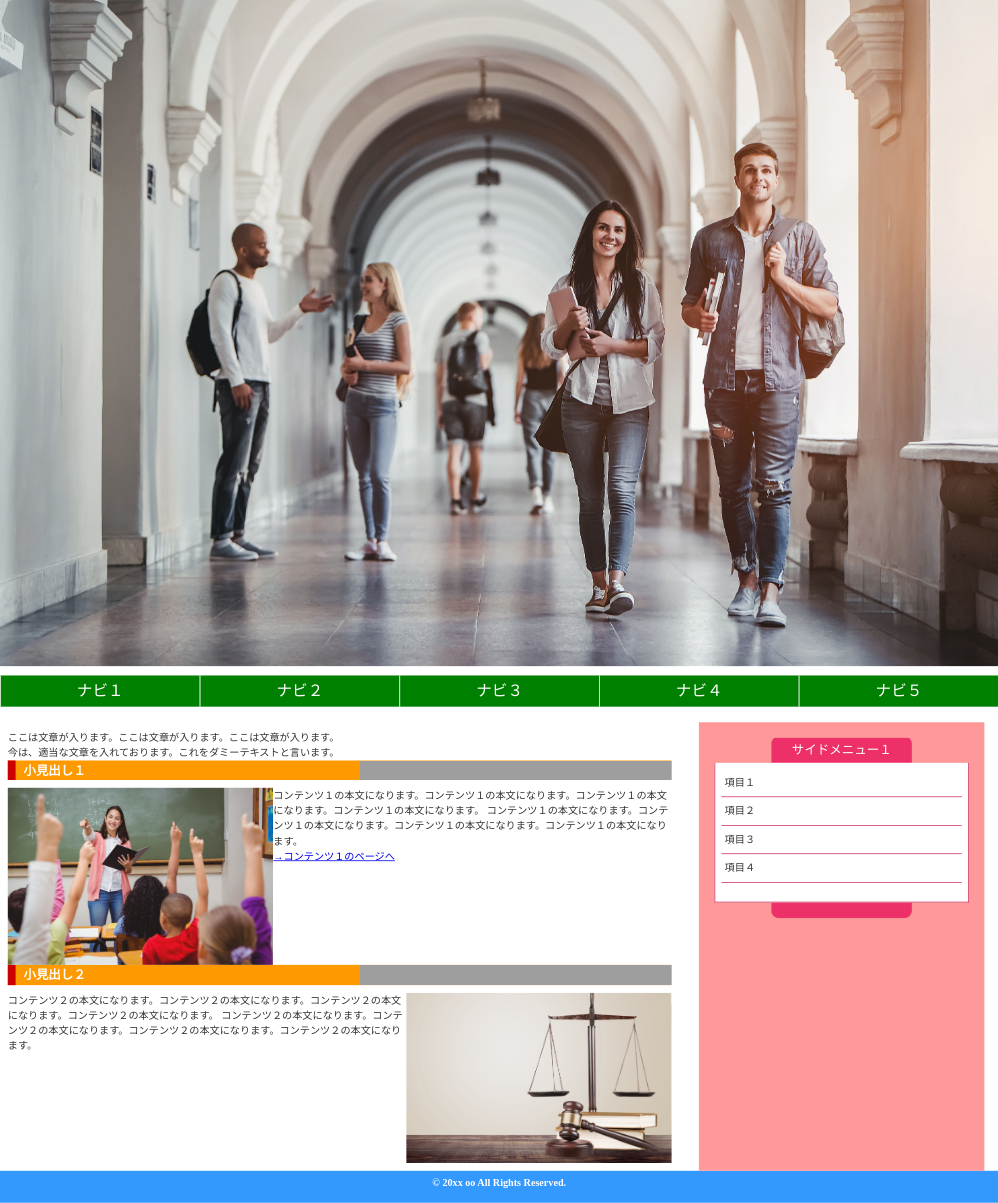
Repository: okuma0090/samurai_HTML-CSS
Page: home.html
The author's editor kept a record of every edit. The page is drawn from the files as they stood at one moment, then again after the next edit.
The browser window is 1280 px wide. The pictures show the whole page, at 78% of full size.
Pictures or frames that could not be fetched are drawn as grey boxes.

Above is the page before.

### home.html
<!DOCTYPE html>
<html lang="ja">
<head>
    <meta charset="UTF-8">
    <title>HTML/CSSの学習</title>
    <!--stylesheet.cssの読み込み -->
    <link rel="stylesheet"href="stylesheet.css">
</head>
<body>
    <div id="header">
        <h1><a href="index.html"><img id="corridor"src="images/corridor.jpg"alt="大学の廊下"/></a></h1></a></h1>
    </div>
    <div id="wrapper">
        <div id="nav">
            <ul>
                <li><a href="home.html">ナビ１</a></li>
                <li><a href="#">ナビ２</a></li>
                <li><a href="#">ナビ３</a></li>
                <li><a href="#">ナビ４</a></li>
                <li><a href="#">ナビ５</a></li>
            </ul>
        </div>
        <div id="container">
            <div id="main">
                <div class="post">
                    <p>ここは文章が入ります。ここは文章が入ります。ここは文章が入ります。<br />今は、適当な文章を入れております。これをダミーテキストと言います。</p>
                    </div>
                    <div class="post clearfix">
                        <h2>小見出し１</h2>
                        <img class="left" src="images/classroom.jpg" alt"授業風景" />
                        <p>
                            コンテンツ１の本文になります。コンテンツ１の本文になります。コンテンツ１の本文になります。コンテンツ１の本文になります。
                            コンテンツ１の本文になります。コンテンツ１の本文になります。コンテンツ１の本文になります。コンテンツ１の本文になります。
                        </p>
                        <p><a href="#">→コンテンツ１のページへ</a></p>
                    </div>
                        <div class="post clearfix">
                            <h2>小見出し２</h2>
                            <img class="right" src="images/scale.jpg" alt="天秤"/>
                            <p>
                                コンテンツ２の本文になります。コンテンツ２の本文になります。コンテンツ２の本文になります。コンテンツ２の本文になります。
                                コンテンツ２の本文になります。コンテンツ２の本文になります。コンテンツ２の本文になります。コンテンツ２の本文になります。
                            </p>
                        </div>
                </div>
                <div id="side">
                    <div class="box">
                        <h2>サイドメニュー１</h2>
                        <div class="boxBody">
                            <ul>
                                <li>項目１</li>
                                <li>項目２</li>
                                <li>項目３</li>
                                <li>項目４</li>
                            </ul>
                        </div>
                    </div>
                </div>
        </div>
    </div>
    <div id="footer">
        <p>&copy; 20xx oo All Rights Reserved.</p>
    </div>
</body>
</html>

### stylesheet.css
@charset"utf-8";


body{
    margin:0;
    padding:0;
    font-family:"ヒラギノ角ゴ　Pro W3","Hiragino Kaku Gothic Pro","メイリオ";
    color: #333;
    font-size: 13px;
    line-height: 150%;
}

/*--------------------wrapper--------------------*/
#wrapper{
    width: 100%;
    margin:auto;
    padding: 0px;
    border:0px;
    background-color: #FFF;
    top:10px;
    position: relative;
}

/*-------------------- header --------------------*/
#header {
    width: 100%;
}
#header h1{
    margin: 0;
    padding: 0;
}

#corridor {
    width: 100%;
    height:auto;
}

/*-------------------- footer --------------------*/
#footer{
    clear: both;
    width: 100%;
    padding: 3px 0 3px 0;
    background: #39F;
    color: #FFF;
    font-weight: bold;
    text-align: center;
}

/*-------------------- nav ----------------------*/
#nav {
    width:100%;
}
#nav ul {
    display: flex;
    margin: 0;
    padding: 0;
    list-style-type: none;
}
#nav ul li {
    width: 20%;
    text-align: center;
}

#nav ul li a {
    display: block;
    height:20px;
    margin: 0;
    padding: 10px;
    color:  #FFF;
    font-size: 20px;
    text-decoration: none;
    background-color: green;
    border-left:1px solid white;
}

#nav ul li a:hover{
    filter: drop-shadow(10px 10px 10px black);
}


/*-------------------- container -------------------*/
#container {
    width: 100%;
    margin: auto;
    padding-top: 20px;
    clear: both;
display: grid;
grid-template-columns: 70vw 30vw;
}
/*-------------------- main --------------------*/
#main {
    width: 95%;
    padding: 10px 30px 10px 10px;
}
#main h2{
    margin: 0 0 10px 0;
    padding: 3px 10px 3px 10px;
    color: #FFF;
    font-size:16px;
    border-left:solid 10px #C00;
    background: #F90 url(..images/main_h2.png) right top repeat-y;
}
#main p{
    margin:0;
    padding:0;
}
#main.post img.right {
    margin: 0 0 0 8px;
}
#main.post img.left{
    margin:0 8px 0 0;
}

.right{
    float: right;
    width: 40%;
    height:auto;
    }

.left{
    float: left;
    width: 40%;
    height: auto;
}

/*-------------------- clearfix ----------------------*/
.clearfix{
    zoom:1;
}
.clearfix:after{
    content:"";
    display: block;
    clear: both;
}


 /* -------------------- side -------------------- */
 #side {
 	 width: 85%;
 	 padding: 20px;
 	 background-color: #F99;
 }
 #side .box {
 	 margin: 0 auto 30px auto;
 	 padding: 0 0 20px 0;
 	 background: url(images/side_box.png) bottom no-repeat;
 }
 #side .box h2 {
 	 margin: 0;
 	 padding: 8px;
 	 text-align: center;
 	 color: #fff;
 	 font-size: 16px;
 	 line-height: 16px;
 	 font-weight: normal;
 	 background: url(images/side_box_h2.png) center no-repeat;
 }


 #side .box .boxBody {
 	 padding: 8px;
 	 border-right: solid 1px #C36;
 	 border-bottom: solid 1px #C36;
 	 border-left: solid 1px #C36;
	 background: #fff;
 }
 #side .box .boxBody ul {
 	 margin: 0 0 16px 0;
 	 padding: 0;
 }
 #side .box .boxBody ul li {
 	 padding: 8px 0 8px 4px;
 	 list-style: none;
 	 border-bottom: solid 1px #C36;
 }

 #side .box .boxBody ul li:hover{
     padding: 8px 0 8px 4px;
     list-style: none;
     border-bottom: solid 1px #C36;
     box-shadow: 0px 4px 4px rgba(0, 0, 0, 0.3);
 }

After the next edit:
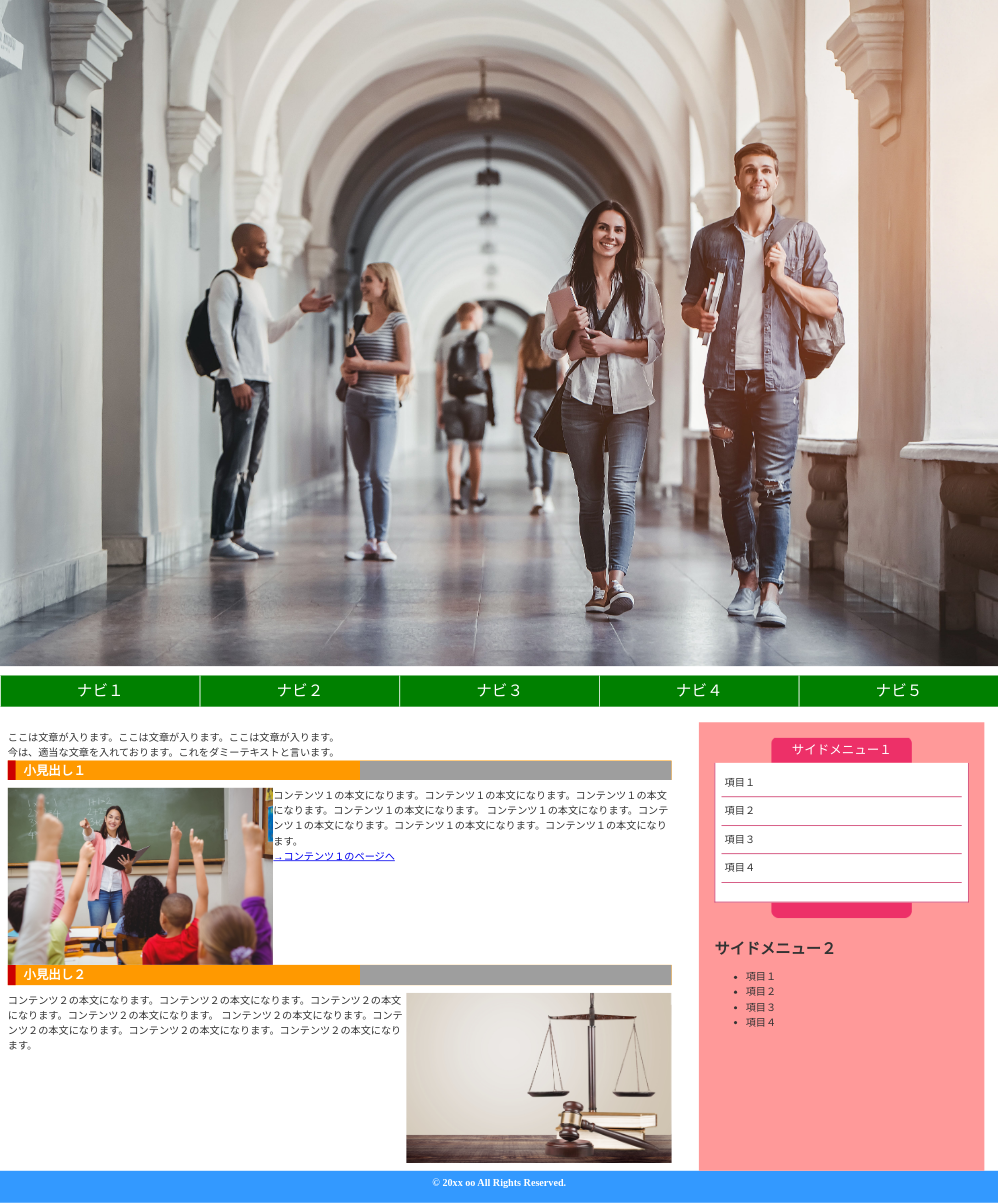
The edit:
--- a/home.html
+++ b/home.html
@@ -55,6 +55,18 @@
                             </ul>
                         </div>
                     </div>
+                    <div class"box">
+                        <h2>サイドメニュー２</h2>
+                        <div class="boxBody">
+                            <ul>
+                                <li>項目１</li>
+                                <li>項目２</li>
+                                <li>項目３</li>
+                                <li>項目４</li>
+                            </ul>
+                        </div>
+
+                    </div>
                 </div>
         </div>
     </div>
